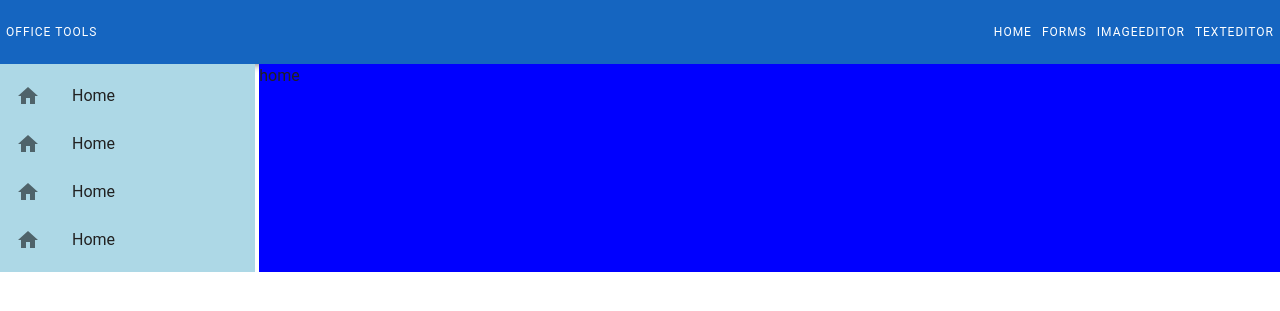
Repository: Vijay-Singh1/office-tools
Page: /form-builder
These files come from the project's save history. The page is drawn as it stood at one moment and after a run of saves; the edit follows.
The browser window is 1280 px wide. The pictures show the whole page.
The project was rebuilt for these pictures with package versions that can differ from the ones it lists, and the page was loaded fresh each time. Also part of the build but not shown: vite.config.ts, src/FormBuilderApp/src/pages/CreateForm.tsx, src/FormBuilderApp/src/pages/OpenForms.tsx, src/App.css, src/ImageEditor/src/pages/ImageEditorHome.tsx, src/ImageEditor/src/pages/CreateImage.tsx, src/DocsEditor/src/pages/DocsEditorHome.tsx, src/DocsEditor/src/pages/CreateDocs.tsx.

Above is the page before, as saved 2024-09-07 22:15:10.

### index.html
<!doctype html>
<html lang="en">
  <head>
    <meta charset="UTF-8" />
    <link rel="icon" type="image/svg+xml" href="/vite.svg" />
    <meta name="viewport" content="width=device-width, initial-scale=1.0" />
    <title>Office Tools</title>
  </head>
  <body>
    <div id="root"></div>
    <script type="module" src="/src/main.tsx"></script>
  </body>
</html>

### src/main.tsx
import { StrictMode } from 'react'
import { createRoot } from 'react-dom/client'
import App from './App.tsx'
import './index.css'// Import Tailwind CSS
import { ThemeProvider } from '@mui/material/styles';
import CssBaseline from '@mui/material/CssBaseline';
import theme from "./appTheme/appTheme.ts"
import AppRoutes from './routes.js';
createRoot(document.getElementById('root')!).render(
  <StrictMode>
    <ThemeProvider theme={theme}>
    <CssBaseline />
    <AppRoutes />
    </ThemeProvider>
  </StrictMode>,
)

### src/appTheme/appTheme.ts
// src/theme/theme.js

import { createTheme } from '@mui/material/styles';
import { blue,  red, orange, green, grey } from '@mui/material/colors';

const theme = createTheme({
  palette: {
    primary: {
      light: blue[300], // Light shade for hover effects, etc.
      main: blue[600],  // Main primary color
      dark: blue[800],  // Dark shade for contrast
      contrastText: '#ffffff',
    },
    secondary: {
      light: blue[200], // Light blue as a secondary color
      main: blue[400],  // A mid-range blue for secondary actions
      dark: blue[700],  // Darker shade for emphasis
      contrastText: '#ffffff',
    },
    error: {
      main: red[500],
    },
    warning: {
      main: orange[500],
    },
    info: {
      main: blue[300],
    },
    success: {
      main: green[500],
    },
    background: {
      default: '#ffffff',
      paper: blue[50], // Very light blue background for paper components
    },
    text: {
      primary: grey[900],
      secondary: blue[800], // Dark blue text for secondary elements
    },
    action: {
      hover: blue[100], // Light blue on hover
      selected: blue[50], // Even lighter blue when an item is selected
      disabledBackground: blue[50], // Light blue background for disabled items
      disabled: grey[400], // Disabled text color
    },
    divider: blue[100], // Light blue for dividers and borders
  },
  typography: {
    fontFamily: 'Roboto, Arial, sans-serif',
    h1: {
      fontWeight: 700,
      color: blue[800], // Dark blue for headings
    },
    h2: {
      fontWeight: 700,
      color: blue[700], // Slightly lighter for sub-headings
    },
    subtitle1: {
      fontSize: 12,
      letterSpacing : "1px"
    },
  },
  spacing :[0,2,4,6,8,10],
  components: {
    MuiButton: {
      styleOverrides: {
        root: {
          borderRadius: 8,
          '&:hover': {
            backgroundColor: blue[700], // Darker blue on hover
          },
        },
      },
    },
    MuiAppBar: {
      styleOverrides: {
        colorPrimary: {
          backgroundColor: blue[800], // Darker shade for AppBar
        },
      },
    },
    MuiPaper: {
      styleOverrides: {
        root: {
          backgroundColor: blue[50], // Very light blue for paper components
        },
      },
    },
    // Add more component customizations as needed
  },
});

export default theme;

### src/routes.tsx
import React from 'react';
import { createBrowserRouter, RouterProvider } from 'react-router-dom';
import { formBuilderRoutes } from './FormBuilderApp/src/formBuilderRoutes';
import App from './App';
import { imageEditorRoutes } from './ImageEditor/src/ImageEditorRoutes';
import { docsEditorRoutes } from './DocsEditor/src/docsEditorRoutes';

// Combine routes from different modules
const router = createBrowserRouter([
  {
    path: '/',
    element: <App />,
    children: [
      ...formBuilderRoutes,
      ...imageEditorRoutes,
      ...docsEditorRoutes
      // Add other module routes here
    ],
  },
]);

const AppRoutes: React.FC = () => {
  return <RouterProvider router={router} />;
};

export default AppRoutes;

### src/FormBuilderApp/src/formBuilderRoutes.tsx
import React from 'react';
import { RouteObject } from 'react-router-dom';
import FormBuilderHome from './pages/FormBuilderHome';
import CreateForm from './pages/CreateForm';
import OpenForms from './pages/OpenForms';
import FormBuilderMain from './pages/FormBuilderMain';


export const formBuilderRoutes: RouteObject[] = [
  {
    path: 'form-builder',
    element: < FormBuilderMain/>,
    children: [
      {
        path: '/form-builder',
        element: <FormBuilderHome />,
      },
      {
        path: '/form-builder/Create-Form',
        element: <CreateForm />,
      },
      {
        path: '/form-builder/Open-Form',
        element: <OpenForms />,
      },
    ],
  },
];

### src/App.tsx
import { Outlet } from "react-router-dom";
import "./App.css";
import Sidebar from "./components/common/appBar/sidebar/Sidebar";
import { AppBar, Box, IconButton, Stack, Toolbar, Typography,   } from "@mui/material";
import MenuIcon from '@mui/icons-material/Menu';
import Appbar from "./components/common/appBar/Appbar";
const App: React.FC = () => {

  return (

      <Stack direction="column">
    <Appbar/>
      <Box>
        <Outlet />
      </Box>
      </Stack>

  );
};

export default App;

### src/ImageEditor/src/ImageEditorRoutes.tsx
import React from 'react';
import { RouteObject } from 'react-router-dom';
import ImageEditorMain from './pages/ImageEditorMain';
import ImageEditorHome from './pages/ImageEditorHome';
import CreateImage from './pages/CreateImage';


export const imageEditorRoutes: RouteObject[] = [
  {
    path: 'image-editor',
    element: < ImageEditorMain/>,
    children: [
      {
        path: '/image-editor',
        element: <ImageEditorHome />,
      },
      {
        path: '/image-editor/Create-Image',
        element: <CreateImage />,
      },

    ],
  },
];

### src/DocsEditor/src/docsEditorRoutes.tsx
import React from 'react';
import { RouteObject } from 'react-router-dom';
import DocsEditorMain from './pages/DocsEditorMain';
import DocsEditorHome from './pages/DocsEditorHome';
import CreateDocs from './pages/CreateDocs';


export const docsEditorRoutes: RouteObject[] = [
  {
    path: '/docs-editor',
    element: < DocsEditorMain/>,
    children: [
      {
        path: '/docs-editor',
        element: <DocsEditorHome />,
      },
      {
        path: '/docs-editor/Create-docs',
        element: <CreateDocs />,
      },

    ],
  },
];

### src/FormBuilderApp/src/pages/FormBuilderHome.tsx
import { Box } from '@mui/material'
import React from 'react'

const FormBuilderHome = () => {
  return (
    <Box flex ={4} bgcolor={"blue"}>
      home
    </Box>
  )
}

export default FormBuilderHome

### src/FormBuilderApp/src/pages/FormBuilderMain.tsx
import { Box, Stack } from '@mui/material'
import React from 'react'
import { Outlet } from 'react-router-dom'
import Sidebar from '../../../components/common/sidebar/Sidebar'
import { Home } from '@mui/icons-material'


const sideBarItem = [
  {
    text :"Home",
    icon :<Home/>
  },
  {
    text :"Home",
    icon :<Home/>
  },
  {
    text :"Home",
    icon :<Home/>
  },
  {
    text :"Home",
    icon :<Home/>
  },
]
const FormBuilderMain = () => {
  return (
      <Box width={"100%"}>
        <Stack direction="row" spacing={2}>
          <Sidebar items ={sideBarItem}/>
            <Outlet />
          </Stack>
          </Box>
  )
}

export default FormBuilderMain

### src/components/common/appBar/Appbar.tsx
import { AppBar, Box, styled, Toolbar, Typography } from '@mui/material'
import React from 'react'
import HomeRepairServiceIcon from '@mui/icons-material/HomeRepairService';
import { NavLink } from 'react-router-dom';

const StyledToolBar = styled(Toolbar)({
    display : "flex",
    justifyContent : "space-between"
})

const NavItems = styled(Box)(({theme}) =>({
    color : theme.palette.primary.contrastText,
    display: "flex",
    // border : "1px solid red",
    gap: theme.spacing(5)
}))

const StyledNavLink = styled(NavLink)(({theme})=>({
    width : "40%",
    color : theme.palette.primary.contrastText,
    textDecoration : "none",


}))

const Appbar = () => {
  return (
    <Box sx={{ flexGrow: 1 }}>
    <AppBar position='static' >
        <StyledToolBar>
        <Typography variant='subtitle1' sx={{display : {sm : "block", xs : "none"}}}>OFFICE TOOLS</Typography>
            <HomeRepairServiceIcon sx={{display : {sm : "none", xs : "block"}}}/>
            <NavItems>
            <StyledNavLink to="/"><Typography variant='subtitle1'>HOME</Typography> </StyledNavLink>
            <StyledNavLink to="/form-builder"><Typography variant='subtitle1'>FORMS</Typography></StyledNavLink>
            <StyledNavLink to="/image-editor"><Typography variant='subtitle1'>IMAGEEDITOR</Typography></StyledNavLink>
            <StyledNavLink to="/docs-editor"><Typography variant='subtitle1'>TEXTEDITOR</Typography></StyledNavLink>
        </NavItems>
        </StyledToolBar>

    </AppBar>
    </Box>
  )
}

export default Appbar

### src/ImageEditor/src/pages/ImageEditorMain.tsx
import { Home } from '@mui/icons-material'
import { Box, Stack } from '@mui/material'
import React from 'react'
import { Outlet } from 'react-router-dom'
import Sidebar from '../../../components/common/sidebar/Sidebar'


const sideBarItem = [
    {
      text :"ImageEditor",
      icon :<Home/>
    },
    {
      text :"ImageEditor",
      icon :<Home/>
    },
    {
      text :"ImageEditor",
      icon :<Home/>
    },
    {
      text :"ImageEditor",
      icon :<Home/>
    },
  ]
const ImageEditorMain = () => {
  return (
    <Box width={"100%"}>
      <Stack direction="row" spacing={2}>
        <Sidebar items ={sideBarItem}/>
          <Outlet />
        </Stack>
        </Box>
  )
}

export default ImageEditorMain

### src/DocsEditor/src/pages/DocsEditorMain.tsx
import { Box, Stack } from '@mui/material'
import React from 'react'
import Sidebar from '../../../components/common/sidebar/Sidebar'
import { Outlet } from 'react-router-dom'
import { Home } from '@mui/icons-material'


const sideBarItem = [
    {
      text :"Docs",
      icon :<Home/>
    },
    {
      text :"Docs",
      icon :<Home/>
    },
    {
      text :"Docs",
      icon :<Home/>
    },
    {
      text :"Docs",
      icon :<Home/>
    },
  ]
const DocsEditorMain = () => {
  return (
    <Box width={"100%"}>
        <Stack direction="row" spacing={2}>
          <Sidebar items ={sideBarItem}/>
            <Outlet />
          </Stack>
          </Box>
  )
}

export default DocsEditorMain

### src/components/common/sidebar/Sidebar.tsx
import { Box, List, ListItem, ListItemButton, ListItemIcon, ListItemText } from '@mui/material'
import React from 'react'
import { SidebarProps } from '../../../types';

const Sidebar:React.FC<SidebarProps> = ({items  }) => {
  return (
    <Box bgcolor="lightBlue" flex={1}>
      <List>
      {items?.map((item) =>(
        <ListItem disablePadding>
          <ListItemButton component = "a" href='/form-builder'>
            <ListItemIcon>
              {item.icon}
            </ListItemIcon>
            <ListItemText >{item.text}</ListItemText>
          </ListItemButton>
        </ListItem>
      ))}
      </List>
    </Box>
  )
}

export default Sidebar

Loaded but not shown: src/index.css (common file)

After the next 2 saves:
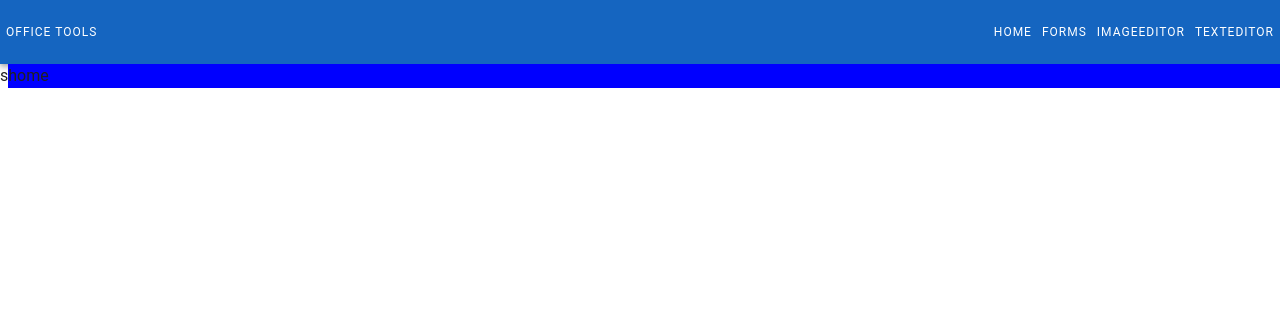
The 2 saves are shown as one change because they came seconds apart.
The last was saved 58 s later.
--- a/src/FormBuilderApp/src/pages/FormBuilderMain.tsx
+++ b/src/FormBuilderApp/src/pages/FormBuilderMain.tsx
@@ -1,33 +1,13 @@
 import { Box, Stack } from '@mui/material'
 import React from 'react'
 import { Outlet } from 'react-router-dom'
-import Sidebar from '../../../components/common/sidebar/Sidebar'
-import { Home } from '@mui/icons-material'
 
 
-const sideBarItem = [
-  {
-    text :"Home",
-    icon :<Home/>
-  },
-  {
-    text :"Home",
-    icon :<Home/>
-  },
-  {
-    text :"Home",
-    icon :<Home/>
-  },
-  {
-    text :"Home",
-    icon :<Home/>
-  },
-]
+
 const FormBuilderMain = () => {
   return (
       <Box width={"100%"}>
-        <Stack direction="row" spacing={2}>
-          <Sidebar items ={sideBarItem}/>
+        <Stack direction="row" spacing={2}>s
             <Outlet />
           </Stack>
           </Box>
